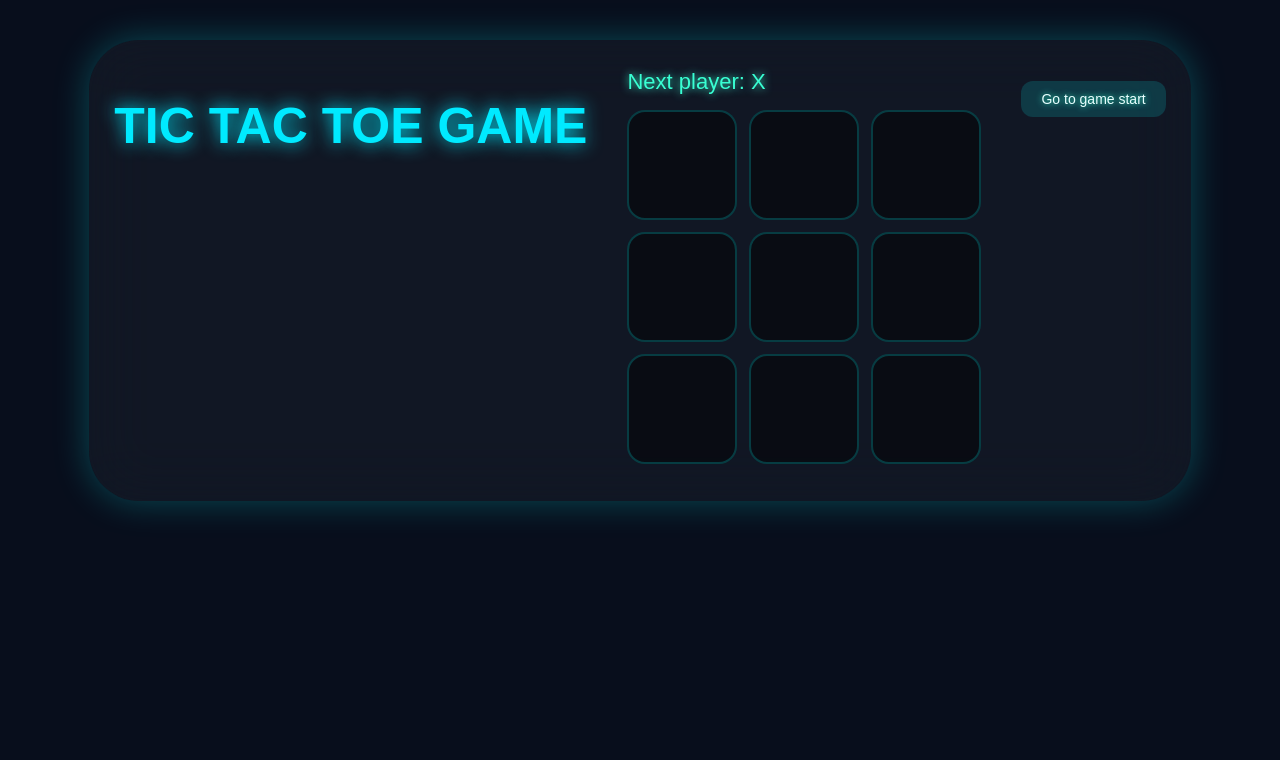
Repository: sofia123776/TIC-TAC-TOE
Page: /
The author's editor kept a copy of each file at every save. The page is drawn from the files as they stood at one save, then again after the next save.
The browser window is 1280 px wide. The pictures show the whole page.
The project was rebuilt for these pictures with package versions that can differ from the ones it lists, and the page was loaded fresh each time. Also part of the build but not shown: vite.config.js.

Above is the page before, as saved 2025-11-30 13:42:21.

After the next save:
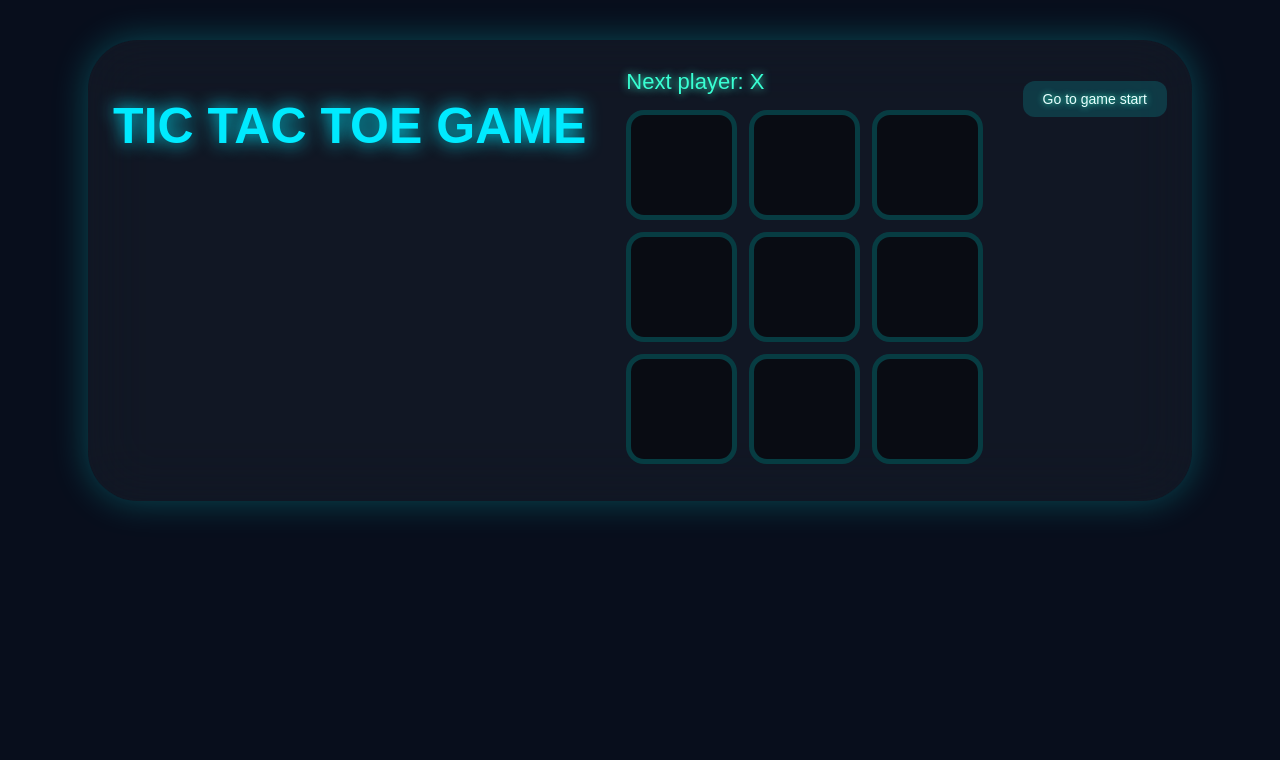
Saved 48 s later.
--- a/src/App.css
+++ b/src/App.css
@@ -60,7 +60,7 @@ h1 {
   font-weight: bold;
   color: #00eaff;
   background: rgba(0, 0, 0, 0.45);
-  border: 2px solid rgba(0, 255, 255, 0.2);
+  border: 5px solid rgba(0, 255, 255, 0.2);
   border-radius: 18px;
   cursor: pointer;
   transition: 0.25s ease-in-out, transform 0.15s;
